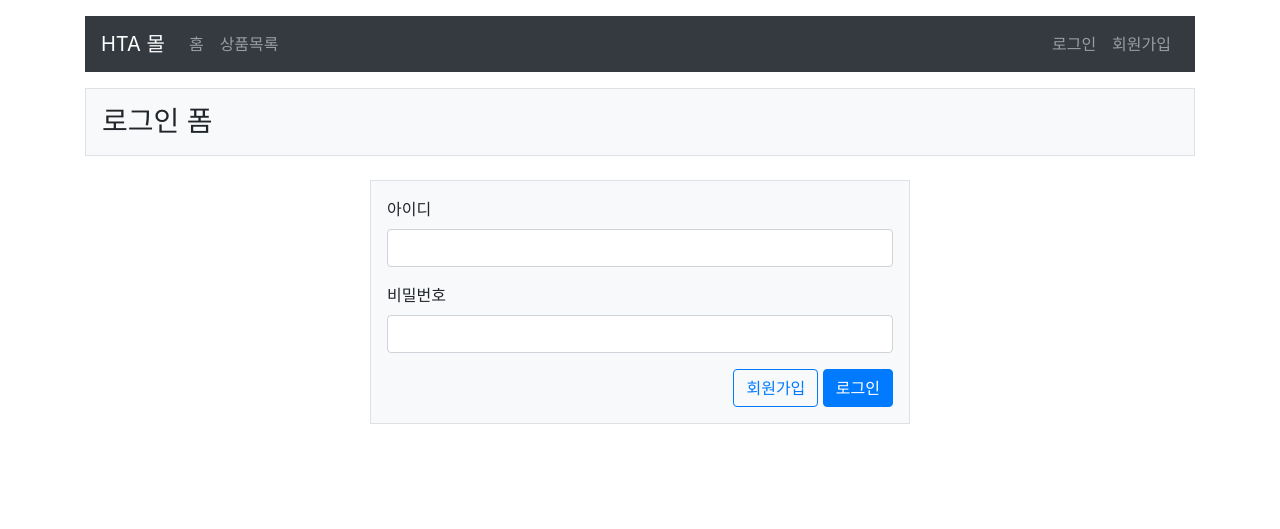
Repository: onuo77/ja_HTA
Page: http://localhost/sample-mybatis/user/loginform.jsp
The author's editor kept a copy of each file at every save. The page is drawn from the files as they stood at one save, then again after the next save.
The browser window is 1280 px wide. The pictures show the whole page.
The page is served by Tomcat 9.

Above is the page before, as saved 2021-05-28 03:29:48.

After the next save:
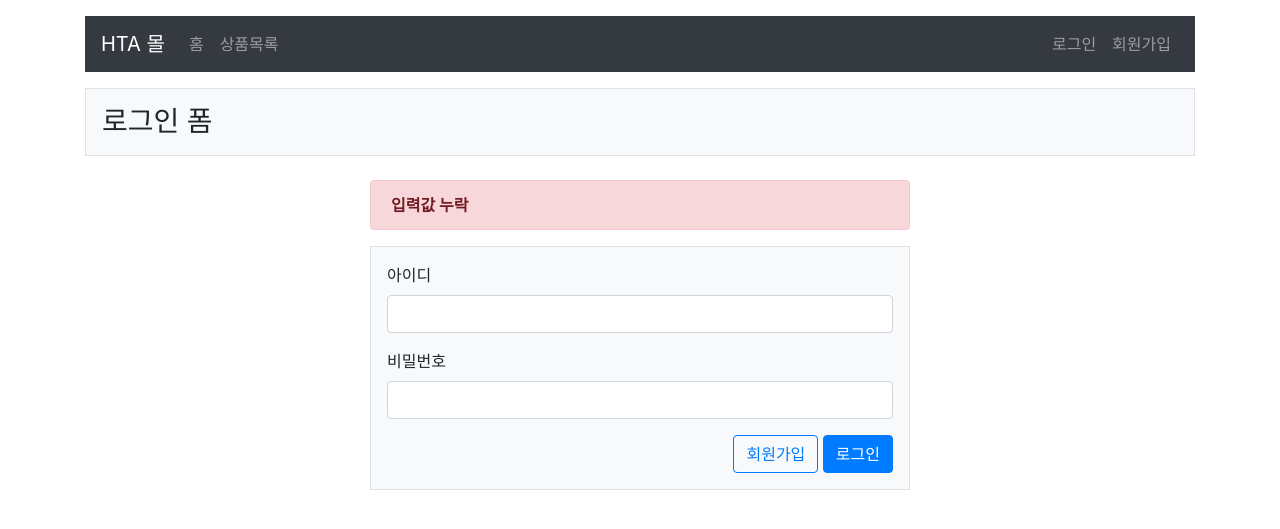
Saved 26 s later.
--- a/java-web/sample-mybatis/src/main/webapp/user/loginform.jsp
+++ b/java-web/sample-mybatis/src/main/webapp/user/loginform.jsp
@@ -26,7 +26,9 @@
 		</div>
 		<div class="row">
 			<div class="col-6 offset-3">
-
+				<div class="alert alert-danger">
+					<strong>입력값 누락</strong>
+				</div>
 			</div>
 			<div class="col-6 offset-3">
 
